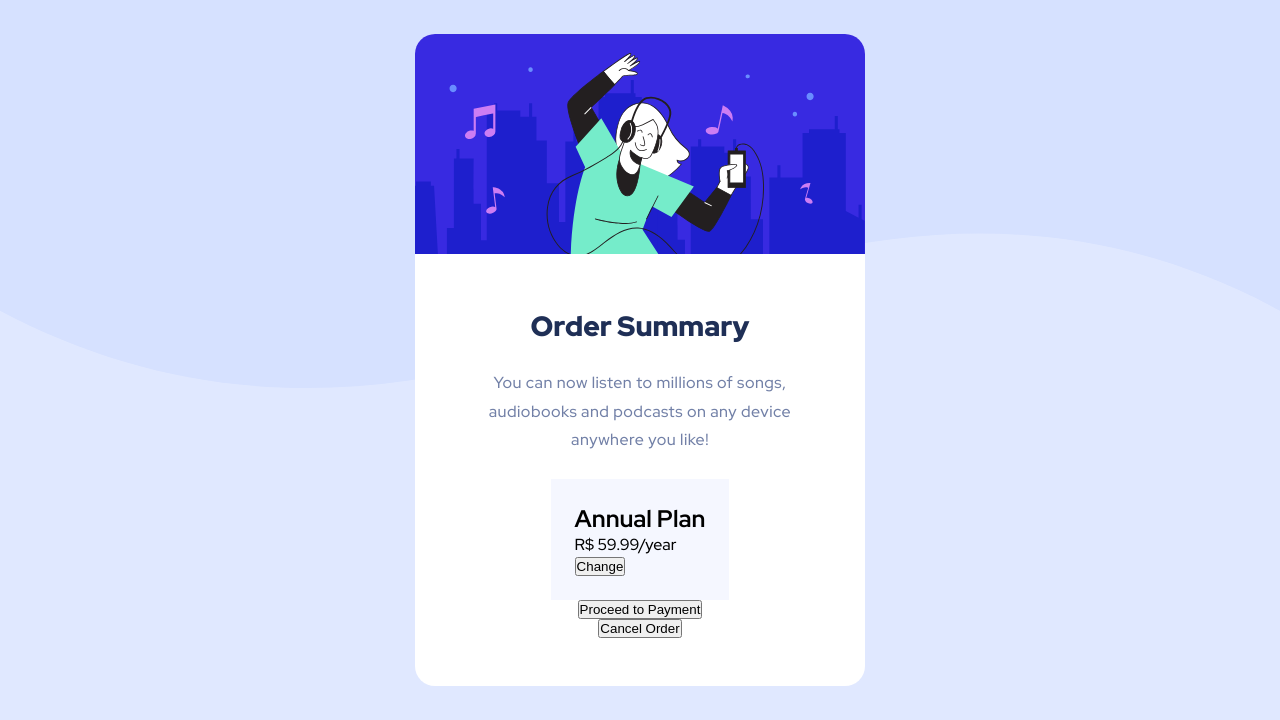
Repository: gccavalheiro/order-summary-card
Page: index.html
An editor plug-in stored every save of this project. The page is shown before and after the next save, followed by the edit.
The browser window is 1280 px wide. The pictures show the whole page.

Above is the page before, as saved 2021-12-17 02:11:04.

After the next save:
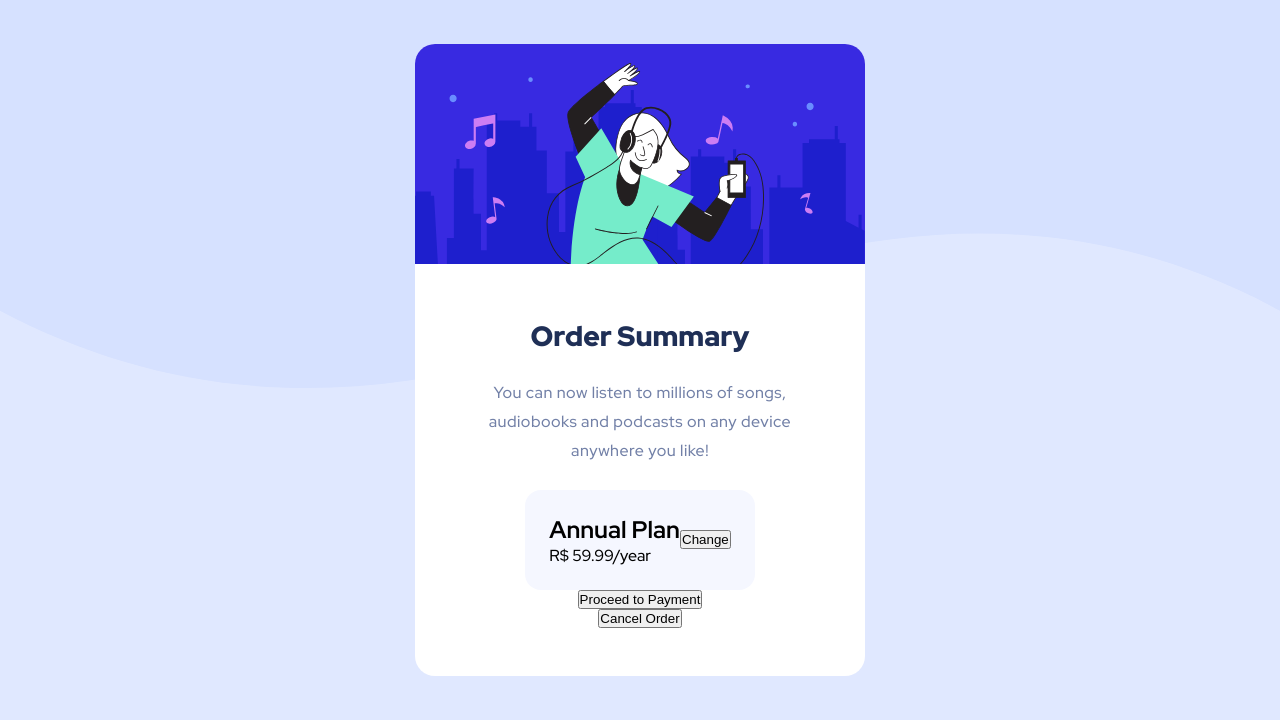
Saved 33 s later.
--- a/assets/css/main.css
+++ b/assets/css/main.css
@@ -88,10 +88,14 @@ main {
 
 
 
-.card-plan{
+.card-plan {
+  display: flex;
+  align-items: center;
   background-color: var(--very-pale-blue);
   padding: 24px;
+  border-radius: 16px;
 }
+
 .card-plan-detail{}
 .card-plan-icon-detail{}
 .card-plan-info-detail{}
